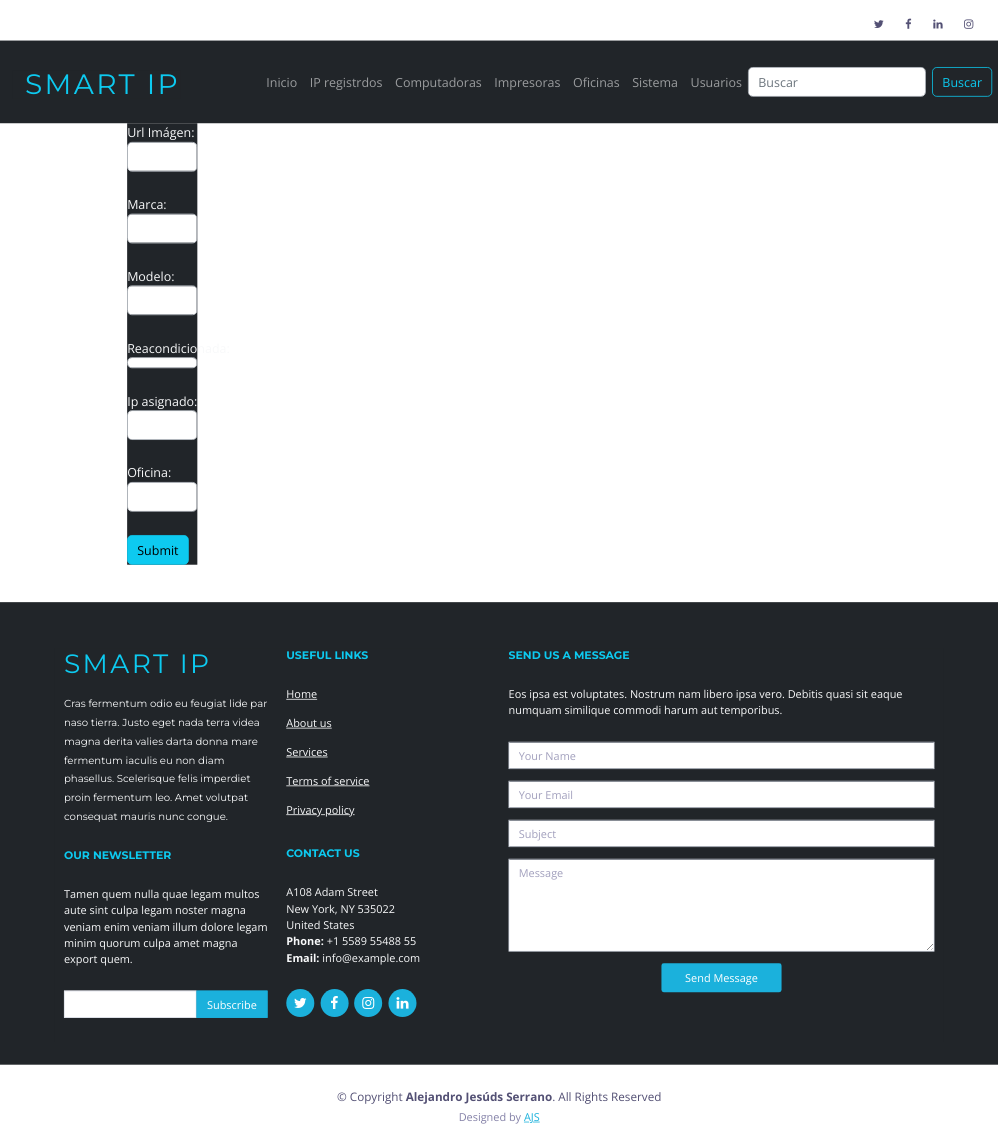
Repository: AlejandroJesusSerrano/SmartIPs
Page: smartip/smartipnav/templates/smartipnav/printer_form.html
An editor plug-in stored every save of this project. The page is shown before and after the next save, followed by the edit.
The browser window is 1280 px wide. The pictures show the whole page, at 78% of full size.
The page is served by the project's application, run on Django 4.2 (smartip/manage.py). Other server files are loaded and not shown. The template is opened directly, without the code that normally fills it, so the values that code supplies are empty.

Above is the page before, as saved 2022-11-14 08:33:29.

### smartip/smartipnav/templates/smartipnav/printer_form.html
{% extends 'smartipnav/base.html' %}

{% block content %}
<div class="container d-flex h-100 pb-5 pt-5">
    <div class="row justify-content-center align-self-center">
        <div class="col-md-6 intro-info order-md-first order-last">
            <form action="" method="post">
                {% csrf_token %}
                <div class="container mx-auto w-100">
                    <div class="form-group bg-dark mx-auto w-80">
                        <label class="form-control-label text-light" for="printer_image">Url Imágen: </label>
                        <input class="form-control" type="url" name="printer_image" id="printer_add"></p>

                        <label class="form-control-label text-light" for="printer_brand">Marca: </label>
                        <input class="form-control" type="text" name="printer_brand" id="printer_brand"></p>

                        <label class="form-control-label text-light" for="printer_model">Modelo: </label>
                        <input class="form-control" type="text" name="printer_model" id="printer_model"></p>

                        <label class="form-control-label text-light" for="printer_rebuilded">Reacondicionada: </label>
                        <input class="form-control" type="checkbox" name="printer_rebuilded" id="printer_rebuilded"></p>

                        <label class="form-control-label text-light" for="printer_ip">Ip asignado: </label>
                        <input class="form-control" type="text" name="printer_ip" id="printer_ip"></p>

                        <label class="form-control-label text-light" for="printer_office">Oficina: </label>
                        <input class="form-control" type="text" namr="printer_office" id="printer_office"></p>

                        <button type="submit" class="btn btn-info mx-auto">Submit</button>
                    </div>
                </div>
            </form>
        </div>
    </div>
</div>
{% endblock %}

### smartip/smartipnav/templates/smartipnav/base.html
<!DOCTYPE html>
<html lang="en">
<head>

  {% load static %}
  <meta charset="utf-8">
  <title>Smart IP</title>
  <meta content="width=device-width, initial-scale=1.0" name="viewport">
  <meta content="" name="keywords">
  <meta content="" name="description">

  <!-- Favicons -->
  <link href="{% static 'smartipnav/img/favicon.png' %}" rel="icon">
  <link href="{% static 'smartipnav/img/apple-touch-icon.png' %}" rel="apple-touch-icon">

  <!-- Google Fonts -->
  <link href="https://fonts.googleapis.com/css?family=Open+Sans:300,300i,400,400i,500,600,700,700i|Montserrat:300,400,500,600,700" rel="stylesheet">

  <!-- Bootstrap CSS File -->
  <link href="https://cdn.jsdelivr.net/npm/bootstrap@5.2.2/dist/css/bootstrap.min.css" rel="stylesheet" integrity="sha384-Zenh87qX5JnK2Jl0vWa8Ck2rdkQ2Bzep5IDxbcnCeuOxjzrPF/et3URy9Bv1WTRi" crossorigin="anonymous">

  <!-- Libraries CSS Files -->
  <link href="{% static 'smartipnav/lib/font-awesome/css/font-awesome.min.css' %}" rel="stylesheet">
  <link href="{% static 'smartipnav/lib/animate/animate.min.css' %}" rel="stylesheet">
  <link href="{% static 'smartipnav/lib/ionicons/css/ionicons.min.css' %}" rel="stylesheet">
  <link href="{% static 'smartipnav/lib/owlcarousel/assets/owl.carousel.min.css' %}" rel="stylesheet">
  <link href="{% static 'smartipnav/lib/lightbox/css/lightbox.min.css' %}" rel="stylesheet">

  <!-- Main Stylesheet File -->
  <link href="{% static 'smartipnav/css/style.css' %}" rel="stylesheet">

  <!-- =======================================================
    Theme Name: Rapid
    Theme URL: https://bootstrapmade.com/rapid-multipurpose-bootstrap-business-template/
    Author: BootstrapMade.com
    License: https://bootstrapmade.com/license/
  ======================================================= -->
</head>

<body>
  <!--==========================
  Header
  ============================-->
  <header id="header">

    <div id="topbar">
      <div class="container me-2">
        <div class="social-links">
          <a href="#" class="twitter"><i class="fa fa-twitter"></i></a>
          <a href="#" class="facebook"><i class="fa fa-facebook"></i></a>
          <a href="#" class="linkedin"><i class="fa fa-linkedin"></i></a>
          <a href="#" class="instagram"><i class="fa fa-instagram"></i></a>
        </div>
      </div>
    </div>

    <nav class="navbar navbar-expand-lg navbar-dark bg-dark">
      <a class="navbar-brand" href="index">
        <div class="logo mb-4">
          <!-- Uncomment below if you prefer to use an image logo -->
          <h1 class="text-bg-dark mx-auto "><a href="index"><span class= "text-info">Smart IP</span></a></h1>
          <!-- <a href="#header" class="scrollto"><img src="img/logo.png" alt="" class="img-fluid"></a> -->
        </div>
      </a>
      <button class="navbar-toggler" type="button" data-bs-toggle="collapse" data-bs-target="#navbarSupportedContent" aria-controls="navbarSupportedContent" aria-expanded="false" aria-label="Toggle navigation">
        <span class="navbar-toggler-icon"></span>
      </button>
      <div class="collapse navbar-collapse" id="navbarSupportedContent">
        <ul class="navbar-nav ms-auto mb-2 mb-lg-0">
          <li class="nav-item">
            <a class="nav-link {% block indexactive %} {% endblock %}" aria-current="page" href="{% url 'Inicio' %}">Inicio</a>
          </li>
          <li class="nav-item">
            <a class="nav-link {% block ipactive %} {% endblock %}" aria-current="page" href=" {% url 'Ip' %}">IP registrdos</a>
          </li>
          <li class="nav-item">
            <a class="nav-link {% block computeractive %} {% endblock %}" aria-current="page" href="{% url 'Computers' %}">Computadoras</a>
          </li>
          <li class="nav-item">
            <a class="nav-link {% block printersactive %} {% endblock %}" aria-current="page" href="{% url 'Printers' %}">Impresoras</a>
          </li>
          <li class="nav-item">
            <a class="nav-link {% block officesactive %} {% endblock %}" aria-current="page" href="{% url 'Offices' %}">Oficinas</a>
          </li>
          <li class="nav-item">
            <a class="nav-link {% block usersactive %} {% endblock %}" aria-current="page" href="{% url 'Users' %}">Sistema</a>
          </li>
          <li class="nav-item">
            <a class="nav-link {% block userspcactive %} {% endblock %}" aria-current="page" href="{% url 'UsersPc' %}">Usuarios</a>
          </li>

          <!-- <li class="nav-item dropdown">
            <a class="nav-link dropdown-toggle" href="#" id="navbarDropdown" role="button" data-bs-toggle="dropdown" aria-expanded="false">
              Dropdown
            </a>
            <ul class="dropdown-menu" aria-labelledby="navbarDropdown">
              <li><a class="dropdown-item" href="#">Acción</a></li>
              <li><a class="dropdown-item" href="#">Otra acción</a></li>
              <li><hr class="dropdown-divider"></li>
              <li><a class="dropdown-item" href="#">Algo más aquí</a></li>
            </ul>
          </li>
          <li class="nav-item">
            <a class="nav-link disabled">Deshabilitado</a>
          </li> -->
        </ul>
        <form class="d-flex" role="search">
          <input class="form-control me-2" type="search" placeholder="Buscar" aria-label="Buscar">
          <button class="btn btn-outline-info me-2" type="submit">Buscar</button>
        </form>
      </div>
    </nav>
  </header><!-- #header -->



    {% block content %}

    {% endblock %}



  <!--==========================
    Footer
  ============================-->
  <footer id="footer" class="section-bg">
    <div class="footer-top bg-dark">
      <div class="container bg-dark">

        <div class="row">

          <div class="col-lg-6">

            <div class="row">

                <div class="col-sm-6">

                  <div class="footer-info">
                    <h3 class="text-info">Smart Ip</h3>
                    <p class="text-light">Cras fermentum odio eu feugiat lide par naso tierra. Justo eget nada terra videa magna derita valies darta donna mare fermentum iaculis eu non diam phasellus. Scelerisque felis imperdiet proin fermentum leo. Amet volutpat consequat mauris nunc congue.</p>
                  </div>

                  <div class="footer-newsletter">
                    <h4 class="text-info">Our Newsletter</h4>
                    <p class="text-light">Tamen quem nulla quae legam multos aute sint culpa legam noster magna veniam enim veniam illum dolore legam minim quorum culpa amet magna export quem.</p>
                    <form action="" method="post">
                      <input type="email" name="email"><input type="submit"  value="Subscribe">
                    </form>
                  </div>

                </div>

                <div class="col-sm-6">
                  <div class="footer-links">
                    <h4 class="text-info">Useful Links</h4>
                    <ul>
                      <li><a class="text-light" href="#">Home</a></li>
                      <li><a class="text-light" href="#">About us</a></li>
                      <li><a class="text-light" href="#">Services</a></li>
                      <li><a class="text-light" href="#">Terms of service</a></li>
                      <li><a class="text-light" href="#">Privacy policy</a></li>
                    </ul>
                  </div>

                  <div class="footer-links">
                    <h4 class="text-info">Contact Us</h4>
                    <p class="text-light">
                      A108 Adam Street <br>
                      New York, NY 535022<br>
                      United States <br>
                      <strong>Phone:</strong> +1 5589 55488 55<br>
                      <strong>Email:</strong> info@example.com<br>
                    </p>
                  </div>

                  <div class="social-links">
                    <a href="#" class="twitter"><i class="fa fa-twitter"></i></a>
                    <a href="#" class="facebook"><i class="fa fa-facebook"></i></a>
                    <a href="#" class="instagram"><i class="fa fa-instagram"></i></a>
                    <a href="#" class="linkedin"><i class="fa fa-linkedin"></i></a>
                  </div>

                </div>

            </div>

          </div>

          <div class="col-lg-6">

            <div class="form">

              <h4 class="text-info">Send us a message</h4>
              <p class= "text-light">Eos ipsa est voluptates. Nostrum nam libero ipsa vero. Debitis quasi sit eaque numquam similique commodi harum aut temporibus.</p>
              <form action="" method="post" role="form" class="contactForm">
                <div class="form-group">
                  <input type="text" name="name" class="form-control" id="name" placeholder="Your Name" data-rule="minlen:4" data-msg="Please enter at least 4 chars" />
                  <div class="validation"></div>
                </div>
                <div class="form-group">
                  <input type="email" class="form-control" name="email" id="email" placeholder="Your Email" data-rule="email" data-msg="Please enter a valid email" />
                  <div class="validation"></div>
                </div>
                <div class="form-group">
                  <input type="text" class="form-control" name="subject" id="subject" placeholder="Subject" data-rule="minlen:4" data-msg="Please enter at least 8 chars of subject" />
                  <div class="validation"></div>
                </div>
                <div class="form-group">
                  <textarea class="form-control" name="message" rows="5" data-rule="required" data-msg="Please write something for us" placeholder="Message"></textarea>
                  <div class="validation"></div>
                </div>

                <div id="sendmessage">Your message has been sent. Thank you!</div>
                <div id="errormessage"></div>

                <div class="text-center"><button type="submit" title="Send Message">Send Message</button></div>
              </form>
            </div>

          </div>



        </div>

      </div>
    </div>

    <div class="container">
      <div class="copyright">
        &copy; Copyright <strong>Alejandro Jesúds Serrano</strong>. All Rights Reserved
      </div>
      <div class="credits">
        <!--
          All the links in the footer should remain intact.
          You can delete the links only if you purchased the pro version.
          Licensing information: https://bootstrapmade.com/license/
          Purchase the pro version with working PHP/AJAX contact form: https://bootstrapmade.com/buy/?theme=Rapid
        -->
        Designed by <a href="https://AJS.com/">AJS</a>
      </div>
    </div>
  </footer><!-- #footer -->

  <a href="#" class="back-to-top"><i class="fa fa-chevron-up"></i></a>
  <!-- Uncomment below i you want to use a preloader -->
  <!-- <div id="preloader"></div> -->

  <!-- JavaScript Libraries -->
  <script src="{% static 'smartipnav/lib/jquery/jquery.min.js' %}"></script>
  <script src="{% static 'smartipnav/lib/jquery/jquery-migrate.min.js' %}"></script>
  <script src="https://cdn.jsdelivr.net/npm/bootstrap@5.2.2/dist/js/bootstrap.bundle.min.js" integrity="sha384-OERcA2EqjJCMA+/3y+gxIOqMEjwtxJY7qPCqsdltbNJuaOe923+mo//f6V8Qbsw3" crossorigin="anonymous"></script>
  <script src="{% static 'smartipnav/lib/easing/easing.min.js' %}"></script>
  <script src="{% static 'smartipnav/lib/mobile-nav/mobile-nav.js' %}"></script>
  <script src="{% static 'smartipnav/lib/wow/wow.min.js' %}"></script>
  <script src="{% static 'smartipnav/lib/waypoints/waypoints.min.js' %}"></script>
  <script src="{% static 'smartipnav/lib/counterup/counterup.min.js' %}"></script>
  <script src="{% static 'smartipnav/lib/owlcarousel/owl.carousel.min.js' %}"></script>
  <script src="{% static 'smartipnav/lib/isotope/isotope.pkgd.min.js' %}"></script>
  <script src="{% static 'smartipnav/lib/lightbox/js/lightbox.min.js' %}"></script>
  <!-- Contact Form JavaScript File -->
  <script src="{% static 'smartipnav/contactform/contactform.js' %}"></script>

  <!-- Template Main Javascript File -->
  <script src="{% static 'smartipnav/js/main.js' %}"></script>

</body>
</html>

### smartip/smartip/urls.py
"""smartip URL Configuration

The `urlpatterns` list routes URLs to views. For more information please see:
    https://docs.djangoproject.com/en/4.1/topics/http/urls/
Examples:
Function views
    1. Add an import:  from my_app import views
    2. Add a URL to urlpatterns:  path('', views.home, name='home')
Class-based views
    1. Add an import:  from other_app.views import Home
    2. Add a URL to urlpatterns:  path('', Home.as_view(), name='home')
Including another URLconf
    1. Import the include() function: from django.urls import include, path
    2. Add a URL to urlpatterns:  path('blog/', include('blog.urls'))
"""
from django.contrib import admin
from django.urls import path

urlpatterns = [
    path('admin/', admin.site.urls),
]

Loaded but not shown: smartip/smartipnav/static/smartipnav/lib/font-awesome/css/font-awesome.min.css (library); smartip/smartipnav/static/smartipnav/lib/animate/animate.min.css (library); smartip/smartipnav/static/smartipnav/lib/ionicons/css/ionicons.min.css (library); smartip/smartipnav/static/smartipnav/lib/owlcarousel/assets/owl.carousel.min.css (library); smartip/smartipnav/static/smartipnav/lib/lightbox/css/lightbox.min.css (common file); smartip/smartipnav/static/smartipnav/lib/jquery/jquery.min.js (library); smartip/smartipnav/static/smartipnav/lib/jquery/jquery-migrate.min.js (library); smartip/smartipnav/static/smartipnav/lib/easing/easing.min.js (common file); smartip/smartipnav/static/smartipnav/lib/mobile-nav/mobile-nav.js (common file); smartip/smartipnav/static/smartipnav/lib/wow/wow.min.js (library); smartip/smartipnav/static/smartipnav/lib/waypoints/waypoints.min.js (library); smartip/smartipnav/static/smartipnav/lib/counterup/counterup.min.js (common file); smartip/smartipnav/static/smartipnav/lib/owlcarousel/owl.carousel.min.js (library); smartip/smartipnav/static/smartipnav/lib/isotope/isotope.pkgd.min.js (library); smartip/smartipnav/static/smartipnav/lib/lightbox/js/lightbox.min.js (library); smartip/smartipnav/static/smartipnav/js/main.js (131 lines, source omitted); smartip/smartipnav/static/smartipnav/contactform/contactform.js (118 lines, source omitted); smartip/smartipnav/static/smartipnav/css/style.css (1573 lines, source omitted)

After the next save:
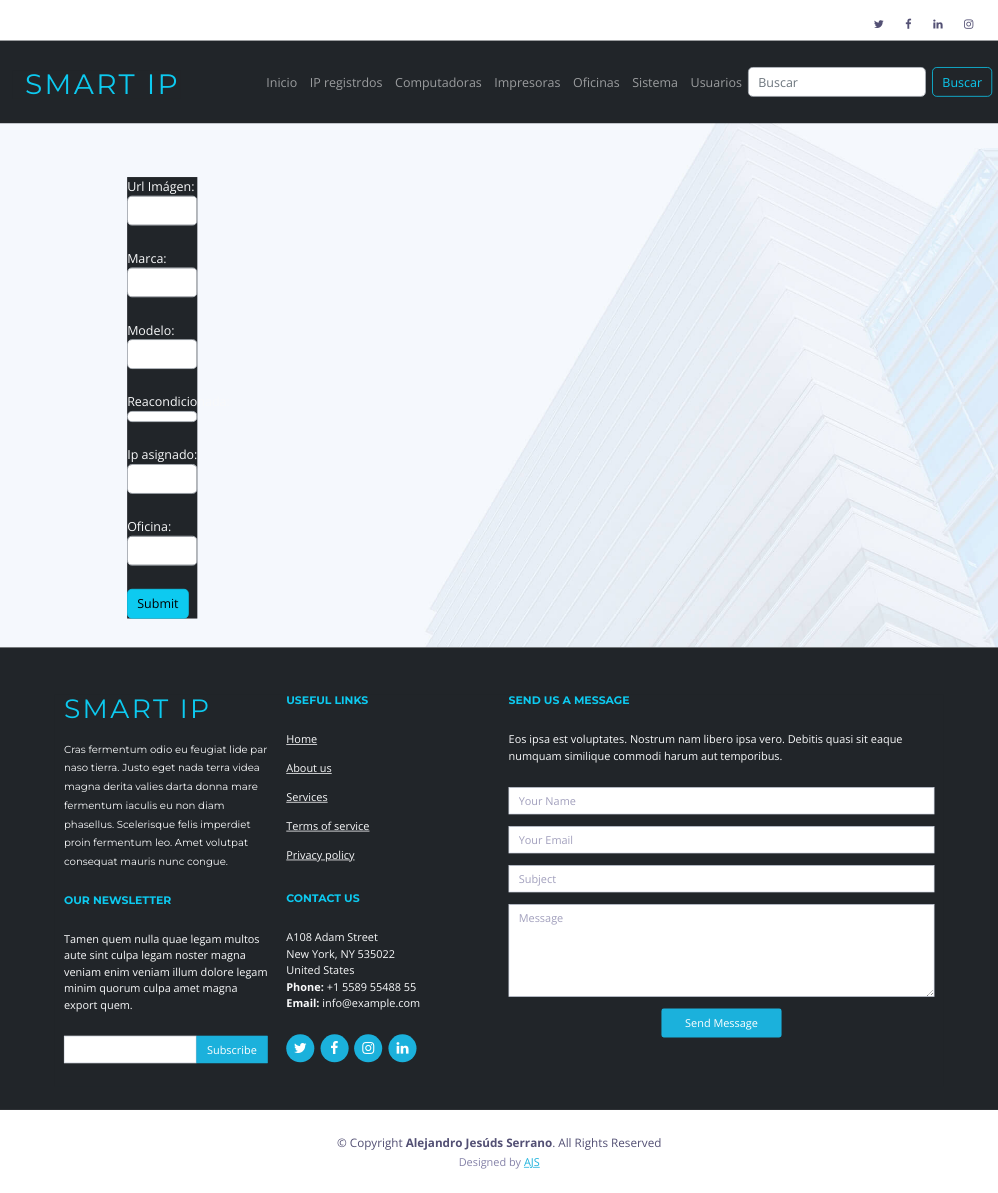
Saved 12 s later.
--- a/smartip/smartipnav/templates/smartipnav/printer_form.html
+++ b/smartip/smartipnav/templates/smartipnav/printer_form.html
@@ -1,36 +1,37 @@
 {% extends 'smartipnav/base.html' %}
 
 {% block content %}
-<div class="container d-flex h-100 pb-5 pt-5">
-    <div class="row justify-content-center align-self-center">
-        <div class="col-md-6 intro-info order-md-first order-last">
-            <form action="" method="post">
-                {% csrf_token %}
-                <div class="container mx-auto w-100">
-                    <div class="form-group bg-dark mx-auto w-80">
-                        <label class="form-control-label text-light" for="printer_image">Url Imágen: </label>
-                        <input class="form-control" type="url" name="printer_image" id="printer_add"></p>
+<section id="intro" class="clearfix">
+    <div class="container d-flex h-100">
+        <div class="row justify-content-center align-self-center">
+            <div class="col-md-6 intro-info order-md-first order-last">
+                <form action="" method="post">
+                    {% csrf_token %}
+                    <div class="container mx-auto w-100">
+                        <div class="form-group bg-dark mx-auto w-80">
+                            <label class="form-control-label text-light" for="printer_image">Url Imágen: </label>
+                            <input class="form-control" type="url" name="printer_image" id="printer_add"></p>
 
-                        <label class="form-control-label text-light" for="printer_brand">Marca: </label>
-                        <input class="form-control" type="text" name="printer_brand" id="printer_brand"></p>
+                            <label class="form-control-label text-light" for="printer_brand">Marca: </label>
+                            <input class="form-control" type="text" name="printer_brand" id="printer_brand"></p>
 
-                        <label class="form-control-label text-light" for="printer_model">Modelo: </label>
-                        <input class="form-control" type="text" name="printer_model" id="printer_model"></p>
+                            <label class="form-control-label text-light" for="printer_model">Modelo: </label>
+                            <input class="form-control" type="text" name="printer_model" id="printer_model"></p>
 
-                        <label class="form-control-label text-light" for="printer_rebuilded">Reacondicionada: </label>
-                        <input class="form-control" type="checkbox" name="printer_rebuilded" id="printer_rebuilded"></p>
+                            <label class="form-control-label text-light" for="printer_rebuilded">Reacondicionada: </label>
+                            <input class="form-control" type="checkbox" name="printer_rebuilded" id="printer_rebuilded"></p>
 
-                        <label class="form-control-label text-light" for="printer_ip">Ip asignado: </label>
-                        <input class="form-control" type="text" name="printer_ip" id="printer_ip"></p>
+                            <label class="form-control-label text-light" for="printer_ip">Ip asignado: </label>
+                            <input class="form-control" type="text" name="printer_ip" id="printer_ip"></p>
 
-                        <label class="form-control-label text-light" for="printer_office">Oficina: </label>
-                        <input class="form-control" type="text" namr="printer_office" id="printer_office"></p>
+                            <label class="form-control-label text-light" for="printer_office">Oficina: </label>
+                            <input class="form-control" type="text" namr="printer_office" id="printer_office"></p>
 
-                        <button type="submit" class="btn btn-info mx-auto">Submit</button>
+                            <button type="submit" class="btn btn-info mx-auto">Submit</button>
+                        </div>
                     </div>
-                </div>
-            </form>
+                </form>
+            </div>
         </div>
     </div>
-</div>
 {% endblock %}
